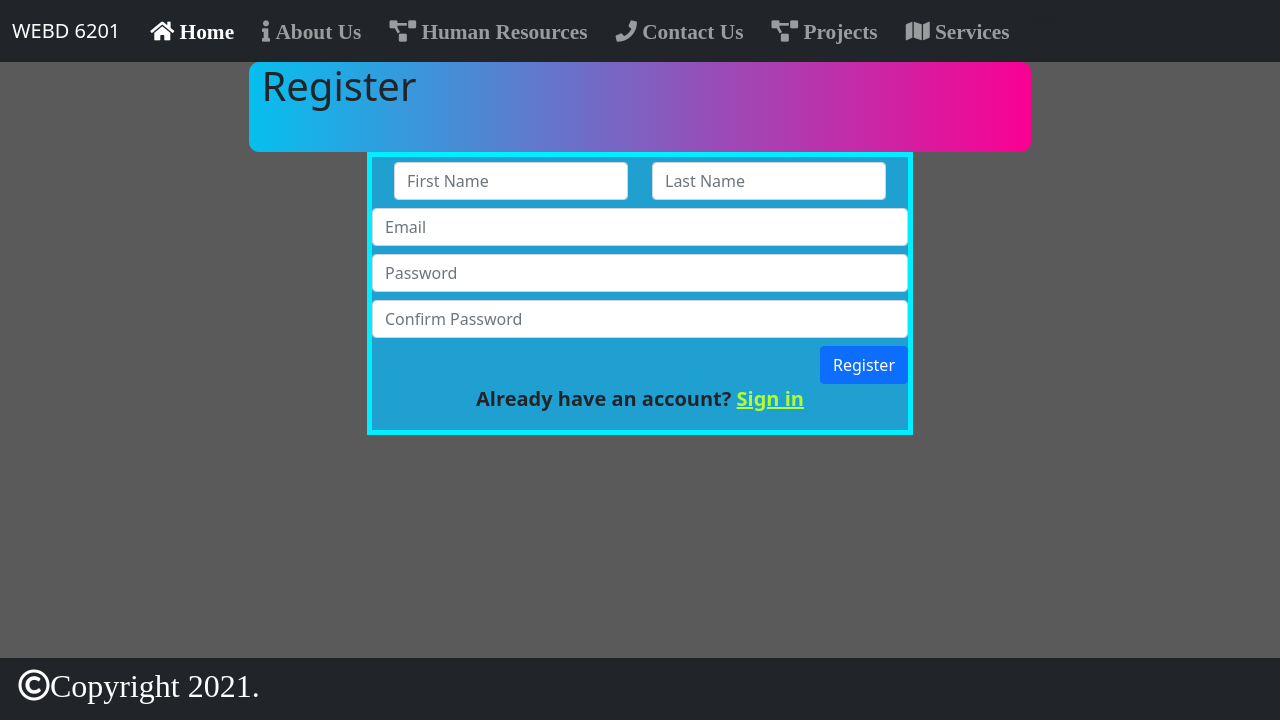
Repository: vans12345678/WEBD6201-W2021-Lab2
Page: register.html
The author's editor kept a copy of each file at every save. The page is drawn from the files as they stood at one save, then again after the next save.
The browser window is 1280 px wide. The pictures show the whole page.

Above is the page before, as saved 2021-02-25 20:31:37.

### register.html
<!DOCTYPE html>
<html lang="en">
<head>
    <meta charset="UTF-8">
    <meta name="viewport" content="width=device-width, initial-scale=1.0">
    <title>Register</title>
    <!-- CSS Section -->
    <link rel="stylesheet" href="./node_modules/bootstrap/dist/css/bootstrap.min.css">
    <link rel="stylesheet" href="./node_modules/@fortawesome/fontawesome-free/css/all.min.css">
    <link rel="stylesheet" href="./Content/app.css">
</head>
<body>
    <!-- Main Header -->
    <header>
        <!-- Main Navigation -->
        <nav class="navbar navbar-expand-lg navbar-dark bg-dark">
            <div class="container-fluid">
                <a id ="navHome" class="navbar-brand" href="index.html"></a>
                <button class="navbar-toggler" type="button" data-bs-toggle="collapse" data-bs-target="#navbarSupportedContent" aria-controls="navbarSupportedContent" aria-expanded="false" aria-label="Toggle navigation">
                  <span class="navbar-toggler-icon"></span>
                </button>
                <div class="collapse navbar-collapse" id="navbarSupportedContent">
                  <ul id = "ulNav" class="navbar-nav me-auto mb-2 mb-lg-0">
                    <li class="nav-item">
                      <a  class="nav-link active" aria-current="page" href="index.html"><i id ="navIndex"class = "fas fa-home fa-lg"></i></a>
                    </li>
                    <li class="nav-item" id ="navAbout">
                      <a  class="nav-link " aria-current="page" href="about.html"><i id ="navAboutItem"class = "fas fa-info fa-lg"></i></a>
                    </li>
                    <li class="nav-item">
                      <a  class="nav-link " aria-current="page" href="contact.html"><i id ="navContact"class = "fas fa-phone fa-lg"></i></a>
                    </li>
                    <li class="nav-item">
                      <a  class="nav-link" aria-current="page" href="projects.html"><i id ="navProjects" class ="fas fa-project-diagram fa-lg">Products</i></a>
                    </li>
                    <li class="nav-item">
                      <a  class="nav-link " aria-current="page" href="services.html"><i id ="navServices"class = "fas fa-map fa-lg"></i></a>
                    </li>
                    <li class="nav-item" id ="navLogin">
                      <a  class="nav-link " aria-current="page" href="login.html"><i class = "fas fa-map fa-lg"></i></a>
                    </li>
                  </ul>
                </div>
              </div>
          </nav>
    </header>
<!-- Main Content -->
    <!-- Main Content -->
    <main class="container" id="mainContent">
        <h1 class = "container">Register</h1>
        <div class="row">
            <div class="offset-md-3 col-md-6 col-sm-12">
                  <div class="login" id="contentArea"></div>
                      <form class = "fromBackground " id="registerForm" novalidate>
                        <div class="form-group mb-2">
                          <div class="row inputMargin">
                            <div class="col-md-6">
                              <input class="form-control" type="text" name="firstName" id="FirstName" placeholder="First Name" required>
                            </div>
                            <div class="col-md-6">
                              <input class="form-control" type="text" name="lastName" id="lastName" placeholder="Last Name" required>
                            </div>
                          </div>
                        </div>
                        <div class="form-group mb-2">
                          <div class="row">
                            <div class="col-md-12">
                              <input type="email" class="form-control" id="emailAddress" name="emailAddress" required
                              value="" placeholder="Email">
                            </div>
                          </div>
                        </div>
                        <div class="form-group mb-2">
                          <div class="row">
                            <div class="col-md-12">
                              <input type="password" class="form-control" id="password" name="password"  required
                              value="" placeholder="Password">
                            </div>
                          </div>
                        </div>
                        <div class="form-group mb-2">
                          <div class="row">
                            <div class="col-md-12">
                              <input type="password" class="form-control" id="confirmPassword" name="confirmPassword"  required
                              value="" placeholder="Confirm Password">
                            </div>
                          </div>
                        </div>
                        <div class="text-end">
                          <button id="registerButton" type="button" class="btn btn-primary btn-md buttonMargin">Register</button>
                        </div>
                        <p class="text-center fs-5 fw-bold">
                        Already have an account?
                        <a href="login.html">Sign in</a>
                        </p>
                      </form>
                  </div>
            </div>
        </div>
    </main>

<!-- Main Footer -->
<footer>
    <nav class="navbar fixed-bottom navbar-dark bg-dark">
        <div class="container-fluid">
            <h4><i id = "footer" class="far fa-copyright fa-lg site-footer"></i></h4>
        </div>
      </nav>
</footer>
<!-- Script Section -->
<script src="./node_modules/jquery/dist/jquery.min.js"></script>
<script src="./node_modules/bootstrap/dist/js/bootstrap.bundle.min.js"></script>
<script src="./Scripts/namespace.js"></script>
<script src="./Scripts/user.js"></script>
<script src="./Scripts/app.js"></script>
</body>
</html>

### Content/app.css
/* custom css goes here */
.Vapor {
    background-image: url('../images/vapor.jpg');
    background-repeat: no-repeat;
    background-attachment: fixed;
    background-size: 100% 100%;
  }
  a {
    color: greenyellow;
  }
  .textFont
  {
    font-family: Arial, Helvetica, sans-serif;
    line-height: 32px;
  }
  body
  {
    background-color: rgb(90, 90, 90);
  }
  h1.container{
    border-radius: 10px;
    width: 70%;
    height: 90px;
    margin: 0px auto;
    background: linear-gradient(90deg,#06bfee,#fb0093)
  }
  h1.projects{
    background-color: white;
  }
  .contact-table{
    width: 100%;
    margin:  50px auto;
    background-color: white;
  }
  .contact-form
  {
    width: 100%;
    margin:  100px auto;
  }
  .warnMessage
  {
    width: 90%;
    margin:  50px;
  }
  .site-footer {
    color:white;
  }
  .formMargin
  {
    margin: 35px 70px;
  }
  .inputMargin
  {
    margin: 5px 10px;
  }
  .fromBackground
  {
    background-color: rgba(20, 174, 235, 0.822);
    border: 5px solid rgb(0, 238, 255);

  }
  i{
    margin:7px 6px;
  }

### Scripts/namespace.js
//Namespace core
let core;

### Scripts/user.js
"use strict";
// User Class

((core)=>
{
  class User {
    // getters and setters
    get DisplayName()
    {
      return this.m_displayName;
    }

    set DisplayName(value)
    {
      this.m_displayName = value;
    }

    get EmailAddress()
    {
      return this.m_emailAddress;
    }

    set EmailAddress(value)
    {
      this.m_emailAddress = value;
    }

    get Username()
    {
      return this.m_username;
    }

    set Username(value)
    {
      this.m_username = value;
    }
    get Password()
    {
      return this.m_password;
    }

    set Password(value)
    {
      this.m_password = value;
    }

    // constructor
    /**
     * Creates an instance of user
     * @param {string} displayName
     * @param {string} emailAddress
     * @param {string} username
     * @param {string} password
     */
    constructor(displayName = "", emailAddress = "", username = "", password = "")
    {
      this.DisplayName = displayName;
      this.EmailAddress = emailAddress;
      this.Username = username;
      this.Password = password;

    }

    // methods

    /**
     * This method overrides the built-in toString method for the User class
     *
     * @returns {string}
     */
    toString()
    {
      return `Display Name     : ${this.DisplayName}\nEmail Address : ${this.EmailAddress}\nUser Name : ${this.Username}`;
    }

    /**
     * This method returns a JSON object made up of the properties of the User class
     *
     * @returns {Object}
     */
    toJSON()
    {
      return {
        "DisplayName": this.DisplayName,
        "EmailAddress": this.EmailAddress,
        "Username":this.Username
      }
    }

    /**
     * This method takes a JSON data object and assigns the value to the User class properties
     *
     * @param {Object} data
     */
    fromJSON(data)
    {
      this.DisplayName = data.DisplayName;
      this.EmailAddress = data.EmailAddress;
      this.Username = data.Username;
      this.Password = data.Password;
    }

    /**
     * This method converts the User into a comma-separated value string
     *
     * @returns {string}
     */
    serialize()
    {
      if(this.DisplayName !== "" && this.EmailAddress !== "" && this.Username !== "")
      {
        return `${this.DisplayName},${this.EmailAddress},${this.Username}`;
      }
      else
      {
        console.error("One or more properties of the User is empty");
        return null;
      }
    }

    /**
     * This method takes a comma-separated data string and assigns the values to the User class properties
     *
     * @param {string} data
     * @return {void}
     */
    deserialize(data)
    {
      let propertyArray = data.split(",");
      this.DisplayName = propertyArray[0];
      this.EmailAddress = propertyArray[1];
      this.Username = propertyArray[2];
    }
  }

  core.User = User;

})(core || (core={}));

### Scripts/app.js
/************************************************************
 * Name: Andre Agrippa, Michai Pryce
 * Date: 01/20/2021
 * Description: This file adds functionality to the Home,
 * About Us, Human Resources, Contact Us, Projects and Services
 * pages.
 * Date Completed:
 */

"use strict";


(function(){

    /**
     * Display Nav bar function to display nav and footer
     */
    function DisplayNav()
    {
        let navTextElement = document.getElementById("navHome").textContent = "WEBD 6201";
        navTextElement = document.getElementById("navIndex").textContent = " Home";
        navTextElement = document.getElementById("navAboutItem").textContent = " About Us";

        let navAboutElement = document.getElementById("navAbout");
        let hrListItem = document.createElement("li");
        hrListItem.setAttribute("id", "liHumanResources");
        hrListItem.setAttribute("class", "nav-item");
        let navbar = document.getElementById("ulNav").appendChild(hrListItem);
        hrListItem.innerHTML = `<a class="nav-link" aria-current="page" href="human-resources.html">
        <i id ="navHumanResources" class ="fas fa-project-diagram fa-lg"> Human Resources</i></a>`;
        if(document.title === "Human Resources"){
            hrListItem.innerHTML = `<a class="nav-link active" aria-current="page" href="human-resources.html">
            <i id ="navHumanResources" class ="fas fa-project-diagram fa-lg"> Human Resources</i></a>`;
        }

        navAboutElement.after(hrListItem);

        navTextElement = document.getElementById("navContact").textContent = " Contact Us";
        navTextElement = document.getElementById("navProjects").textContent = " Projects";
        navTextElement = document.getElementById("navServices").textContent = " Services";
        navTextElement = document.getElementById("navLogin").innerHTML = ` Login`;
        navTextElement = document.getElementById("footer").textContent = "Copyright 2021.";
    }

    /**
     * Display home to display index page
     */
    function displayHome()
    {
        DisplayNav();
        let introText = "This is a simple site to demonstrate the about, contact, human resources, projects and services requirements for Lab 1 WEBD 6201 - Client Side Scripting";
        let titleText = "Welcome to WEBD 6201";

        let introTextElement = document.getElementById("indexTitle").textContent = titleText;
        introTextElement = document.getElementById("indexParagraph").textContent = introText;

    }
    /**
     * Display about to display about the creators
     */
    function displayAbout()
    {
        DisplayNav();

        //About Andre
        let aboutElement = document.getElementById("aboutTitle").textContent = "About Us";
        aboutElement = document.getElementById("aboutAText");
        aboutElement.innerHTML = `<h1>Andre Agrippa:</h1>
        <p class = "">I'm a 2nd year student at Durham College in the Computer Programming and Analysis program. I've been
        coding for several years now because I enjoy it and always looking to improve in this aspect.</p>
        <a class = "fa-lg" href="./resumes/andre_resume.pdf" download>Resume Download</a></br></br>
        <img src="./images/aa.jpg" alt="" style="width:500px;height:450px;">`;

        //About Michai
        aboutElement.innerHTML += `<h1>Michai Pryce:</h1>
        <p class = ""> Hello, I am in my final year in the Computer Programming Program at Durham College. I love
        to code and learn about the evergrowing advancements in technology. This is the demonstration for our first lab!
        </p>
        <a class = "fa-lg" href="./resumes/Copy_of_Resume.docx" download>Resume Download</a></br></br>
        <img src="./images/m.jpg" alt="" style="width:500px;height:450px;">`;

    }
    /**
     * Display top 3 projects page
     */
    function displayProjects()
    {
        DisplayNav();

        //Projects 1
        let projectsElement = document.getElementById("projectsTitle").textContent = "Projects";
        projectsElement = document.getElementById("projectsText").innerHTML =
        `<h3>Project One: COBOL Item List</h3>
        <p>This project reads records from a .dat file, performs calculations on the data then outputs it to a .out file neatly formatted.</p>
        <img src="./images/p1.png" alt="" style="width:800px;height:500px;">`;

        //Projects 2
        projectsElement = document.getElementById("projectsText").innerHTML +=
        `<h3>Project Two: C#, XAML, MDF  Preferred Shares and Common Shares</h3>
        <p>This project uses XAML for the windows form and a database to keep track of common and preferred shares.
        The database keeps track of how many shares(common/preferred) are  available and validation is applied.</p>
        <img src="./images/p2.png" alt="" style="width:800px;height:500px;">`;

        //Projects 3
        projectsElement = document.getElementById("projectsText").innerHTML +=
        `<h3>Project Three: ASP.NET and MVC Framework Animal Shelter</h3>
        <p>This project is a web application that keeps track of animals, owners, appointment and login info in a database.
        Relational database concepts are applied.</p>
        <img src="./images/p3.png" alt="" style="width:800px;height:500px;">`;

    }
    /**
     * Display top 3 services page
     */
    function displayServices()
    {
        DisplayNav();

        //Services 1
        let servicesElement = document.getElementById("servicesTitle").textContent = "Services";
        servicesElement = document.getElementById("servicesText").innerHTML =
        `<h3>Web Development:</h3>
        <p>We offer a variety of different web development (Front-end, Back-end, Databases). Languages (PHP, ASP.NET, JavaScript)</p>
        <img src="./images/s1.jpg" alt="" style="width:800px;height:500px;">`;

        //Services 2
        servicesElement = document.getElementById("servicesText").innerHTML +=
        `<h3>OOP Programming</h3>
        <p>We offer a variety of different Object Oriented Programming. We're experienced with C#, C++, Java etc.
        Whether it be windows forms applications, console applications GUI, etc.</p>
        <img src="./images/s2.png" alt="" style="width:800px;height:500px;">`;

        //Services 3
        servicesElement = document.getElementById("servicesText").innerHTML +=
        `<h3>Database Management System</h3>
        <p>It's been almost 3 years since we've had experience in database development. We've used software such as
        Microsoft SQL Server and PgAdmin4. Experienced with relational database concepts.</p>
        <img src="./images/s3.jpg" alt="" style="width:800px;height:500px;">`;


    }
    /**
     * Display contact form page
     */
    function displayContact()
    {
        DisplayNav();

        let messageArea = document.getElementById("messageArea");
        messageArea.hidden = true;

        //form validation
        let fullName = document.getElementById("fullName");
        fullName.addEventListener("blur", function()
        {
            if(fullName.value.length < 2)
            {
                fullName.focus();
                fullName.select();
                messageArea.hidden = false;
                messageArea.className = "alert alert-danger  ";
                messageArea.textContent = "Please enter an appropriate name > 2 characters";
            }
            else
            {
                messageArea.removeAttribute("class");
                messageArea.hidden = true;
            }
        });
            let sendButton = document.getElementById("sendButton");
            sendButton.addEventListener("click", function(event)
            {
                event.preventDefault();
                // //Displays twice?

                let contact = new Contact(fullName.value,contactNumber.value, emailAddress.value, shortMessage.value);

                console.log(contact.serialize());
                if(contact.serialize())
                {
                    localStorage.setItem((localStorage.length + 1).toString(),contact.serialize());

                    window.location.href = "index.html";
                }

            });

    }
    /**
     * Human resources page
     */
    function displayHumanResources()
    {
        DisplayNav();
    }
    function displayLogin()
    {
        DisplayNav();
        let messageArea = document.getElementById("messageArea");
        $("#loginButton").on("click", function ()
        {
            let username = $("#username");
            let password = $("#password");
            let success = false;
            let newUser = new core.User();

            //user ajax to access the json file
            $.get("./Data/users.json", function(data)
            {
                //Check each user in the users.json file (linear search)
                for (const user of data.users) {
                    if(username.val()== user.Username && password.val() == user.Password)
                    {
                        newUser.fromJSON(user);
                        success = true;
                        break;
                    }
                }

                //If username and password matches - success, then login
                if(success)
                {
                    //Add user to session storage
                    sessionStorage.setItem("user", newUser.serialize());

                    //hide any error messages
                    messageArea.hidden = true;

                    //redirect user to secure area (contact list?)
                    location.href = "index.html";
                }
                else
                {
                    //display error message
                    username.trigger("focus").trigger("select");
                    messageArea.hidden = false;
                    messageArea.className = "alert alert-danger text-center";
                    messageArea.textContent = "Error: Invalid login information";
                    //messageArea.show().addClass("alert alert-danger").text("Error: Invalid login information");
                }
            });
        });
    }
    function displayRegister()
    {
        DisplayNav();
    }

    function toggleLogin()
    {
        //if the user is logged in
        if(sessionStorage.getItem("user"))
        {
            //change login to logout
            $("#navLogin").html(
                `<a class="nav-link" aria-current="page" href="#"><i id="navLogout"class="fas fa-sign-out-alt fa-lg"></i></a>`
            );

            let navTextElement = document.getElementById("navLogout").innerHTML = ` Logout`;


            //Add functionality to logout button
            $("#navLogout").on("click", function()
            {
                //terminate session
                sessionStorage.clear();

                //redirect back to login page
                location.href = "login.html";
            });

        }
    }

    /**
     * Start function, depending on document title will load specific page
     */
    function Start()
    {
        console.log("App Started...");

        //Based of title of html
        switch(document.title)
        {
            case "Index":
                displayHome();
                break;
            case "About Us":
                displayAbout();
                break;
            case "Projects":
                displayProjects();
                break;
            case "Services":
                displayServices();
                break;
            case "Contact Us":
                displayContact();
                break;
            case "Contact-List":
                displayContactList();
                break;
            case "Human Resources":
                displayHumanResources();
                break;
            case "Login":
                displayLogin();
                break;
            case "Register":
                displayRegister();
                break;
        }

        toggleLogin();

    }

    window.addEventListener("load", Start);

    core.Start = Start;

})(core || (core={}));

Loaded but not shown: node_modules/bootstrap/dist/css/bootstrap.min.css (library); node_modules/@fortawesome/fontawesome-free/css/all.min.css (library); node_modules/jquery/dist/jquery.min.js (library); node_modules/bootstrap/dist/js/bootstrap.bundle.min.js (library)

After the next save:
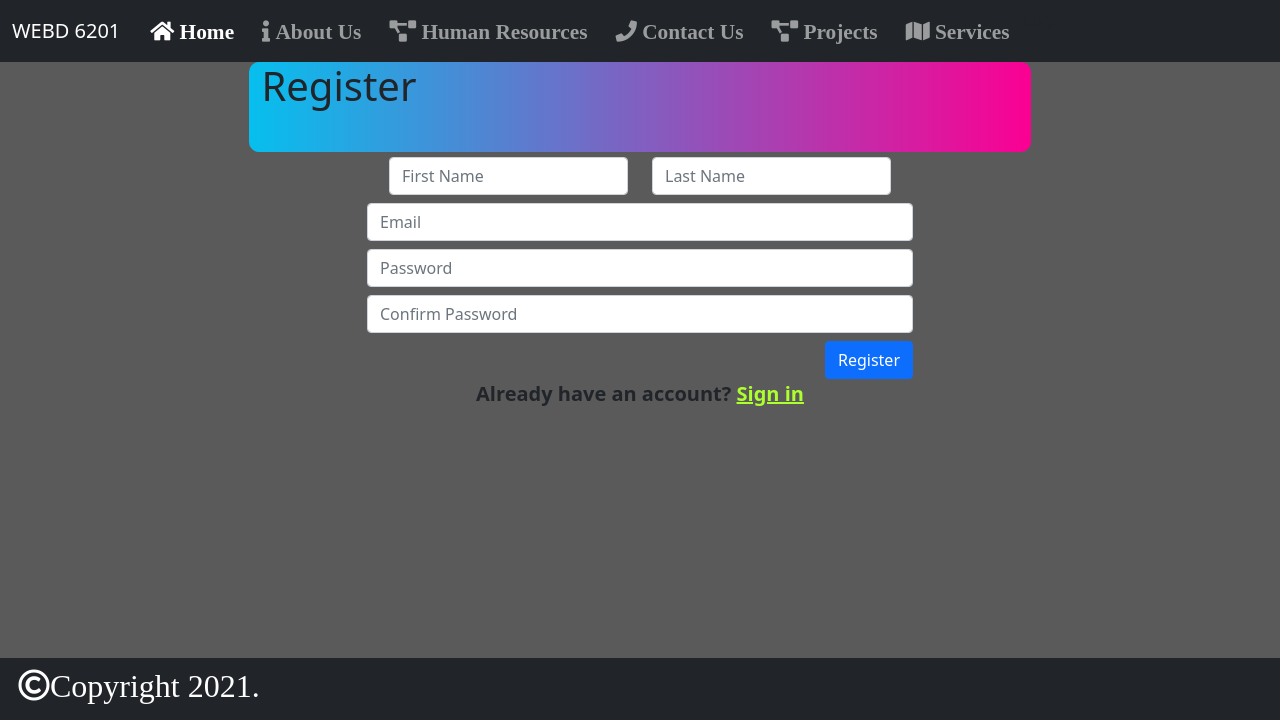
Saved 62 s later.
--- a/register.html
+++ b/register.html
@@ -51,7 +51,7 @@
         <div class="row">
             <div class="offset-md-3 col-md-6 col-sm-12">
                   <div class="login" id="contentArea"></div>
-                      <form class = "fromBackground " id="registerForm" novalidate>
+                      <form class = "formBackground " id="registerForm" novalidate>
                         <div class="form-group mb-2">
                           <div class="row inputMargin">
                             <div class="col-md-6">
